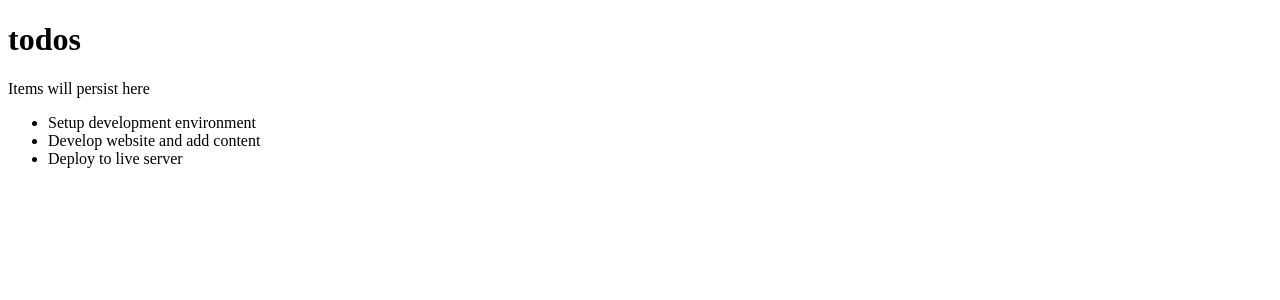
Repository: Paulinelali/todo-react
Page: / (app in todo-react-app/)
An editor plug-in stored every save of this project. The page is shown before and after a run of saves, followed by the edit.
The browser window is 1280 px wide. The pictures show the whole page.
The project was rebuilt for these pictures with package versions that can differ from the ones it lists, and the page was loaded fresh each time. Also part of the build but not shown: todo-react-app/vite.config.js.

Above is the page before, as saved 2023-07-12 19:10:23.

After the next 3 saves:
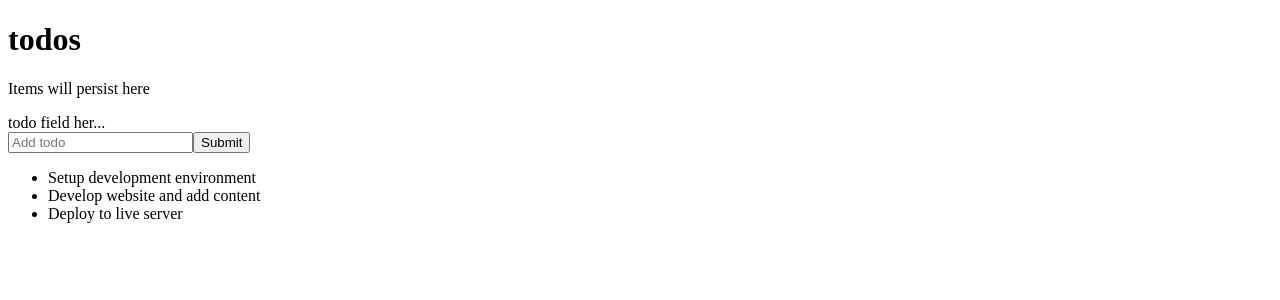
The 3 saves are shown as one change because they came seconds apart.
The last was saved 10 s later.
--- a/todo-react-app/src/components/TodosLogic.jsx
+++ b/todo-react-app/src/components/TodosLogic.jsx
@@ -22,6 +22,7 @@
 
   return (
     <div>
+      <InputTodo />
       <ul>
         {todos.map((todo) => (
           <li>{todo.title}</li>
